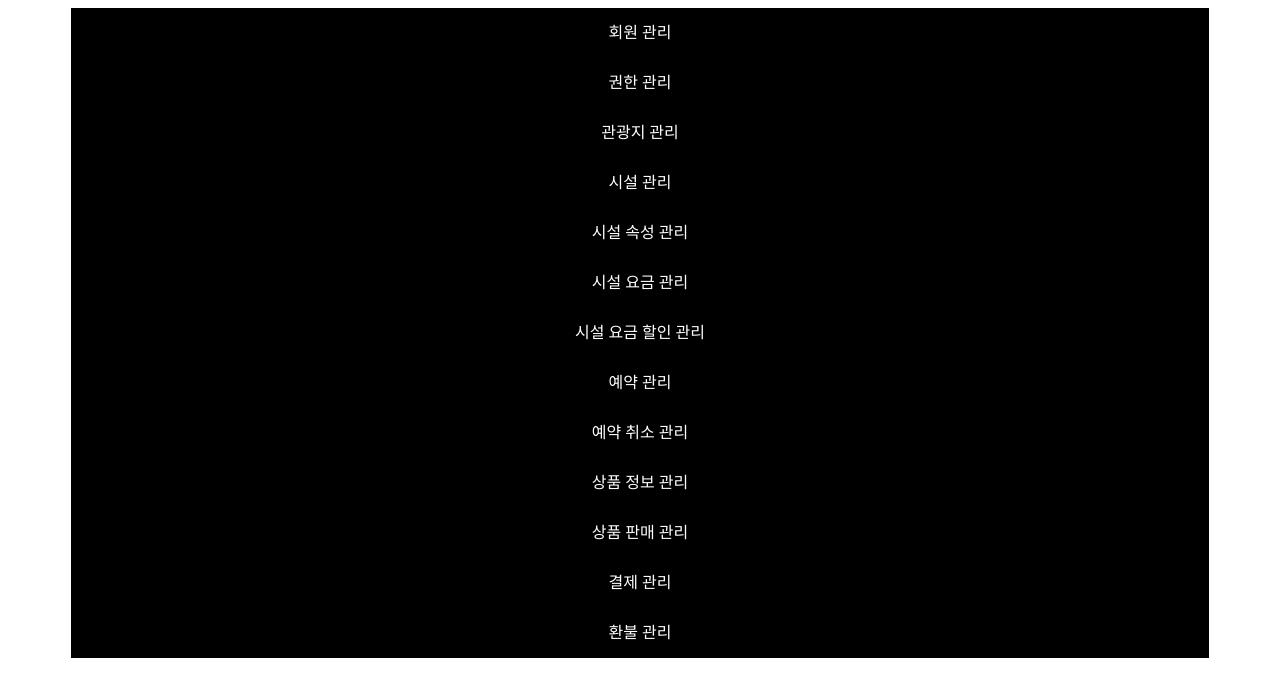
Repository: psyoongsc/SogongDo_Facility
Page: http://localhost/SogongDo_Management_System/
These files come from the project's save history. The page is drawn as it stood at one moment and after the next save; the edit follows.
The browser window is 1280 px wide. The pictures show the whole page.
The page is served by Tomcat 9. Nobody is signed in. The application's start-up code is not run. Other server files are loaded and not shown.

Above is the page before, as saved 2020-06-25 14:37:16.

### SogongDo_Management_System/WebContent/index.jsp
<%@ page language="java" contentType="text/html; charset=UTF-8"
    pageEncoding="UTF-8"%>
<!DOCTYPE html>
<html>
<head>
<meta charset="EUC-KR">
<title>소공도 관리시스템</title>
<style>
a {
	text-decoration: none;
	text-align: center;
	background-color: black;
	width: 90%;
	line-height: 50px;
	font-size: medium;
	display: inline-block;
}

a:link {
	color: white;
}
a:visited {
	color: white;
}

.container {
	text-align: center;
}
</style>
</head>
<body>
	<div class="container">
		<a href="Member/view">회원 관리</a> <br>
		<a href="Authority/view">권한 관리</a> <br>
		<a href="TouristSite/view">관광지 관리</a> <br>
		<a href="Facility/view">시설 관리</a> <br>
		<a href="Facility/Attribute/view">시설 속성 관리</a> <br>
		<a href="Facility/Charge/view">시설 요금 관리</a> <br>
		<a href="Facility/Charge/discount/view">시설 요금 할인 관리</a> <br>
		<a href="Reservation/view">예약 관리</a> <br>
		<a href="Reservation/Cancel/view">예약 취소 관리</a> <br>
		<a href="Product/view">상품 정보 관리</a> <br>
		<a href="Product/Sell/view">상품 판매 관리</a> <br>
		<a href="Payment/view">결제 관리</a> <br>
		<a href="Refund/view">환불 관리</a> <br>
	</div>
</body>
</html>

After the next save:
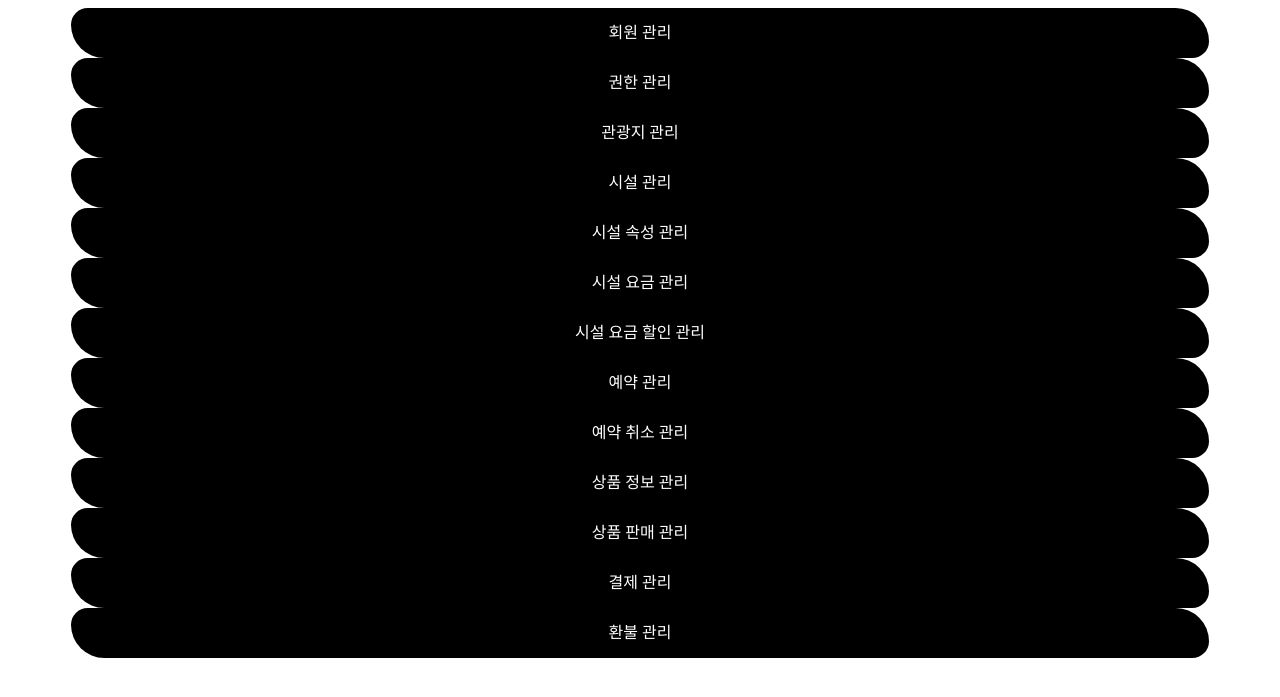
Saved 57 s later.
--- a/SogongDo_Management_System/WebContent/index.jsp
+++ b/SogongDo_Management_System/WebContent/index.jsp
@@ -14,6 +14,7 @@ a {
 	line-height: 50px;
 	font-size: medium;
 	display: inline-block;
+	border-radius: 40px 80px;
 }
 
 a:link {
